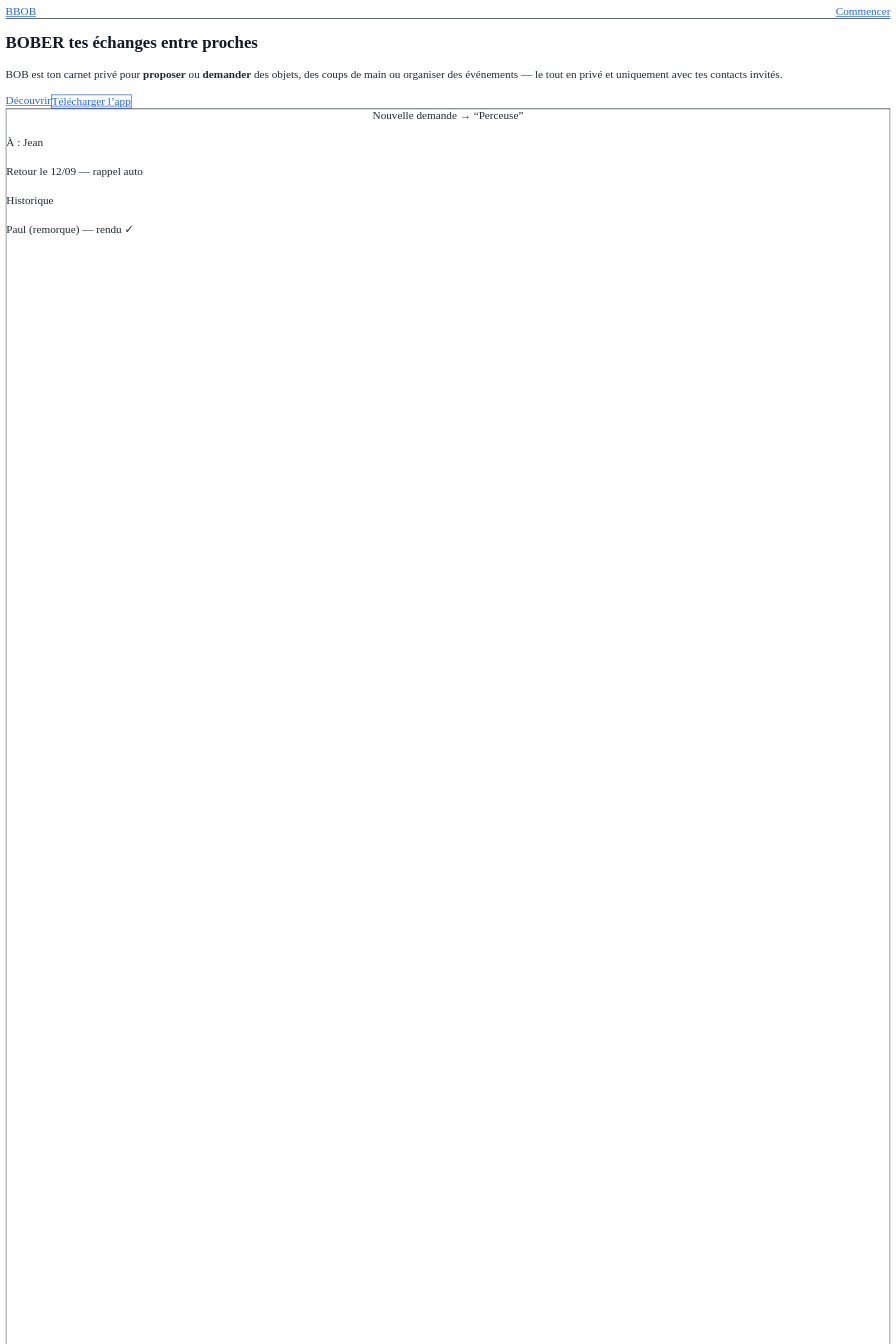
Repository: JeanCharlesMEILLAND/new-bob
Page: /
The author's editor kept a copy of each file at every save. The page is drawn from the files as they stood at one save, then again after the next save.
The browser window is 1280 px wide. The pictures show the part of the page from y = 0 to 1920 px (the page is 3439 px tall before and 1303 px after), at 70% of full size.
The project was rebuilt for these pictures with package versions that can differ from the ones it lists, and the page was loaded fresh each time. The framework's server and built-in components were replaced by stand-ins that run in the browser. Also part of the build but not shown: next.config.ts.

Above is the page before, as saved 2025-08-12 00:03:59.

After the next save:
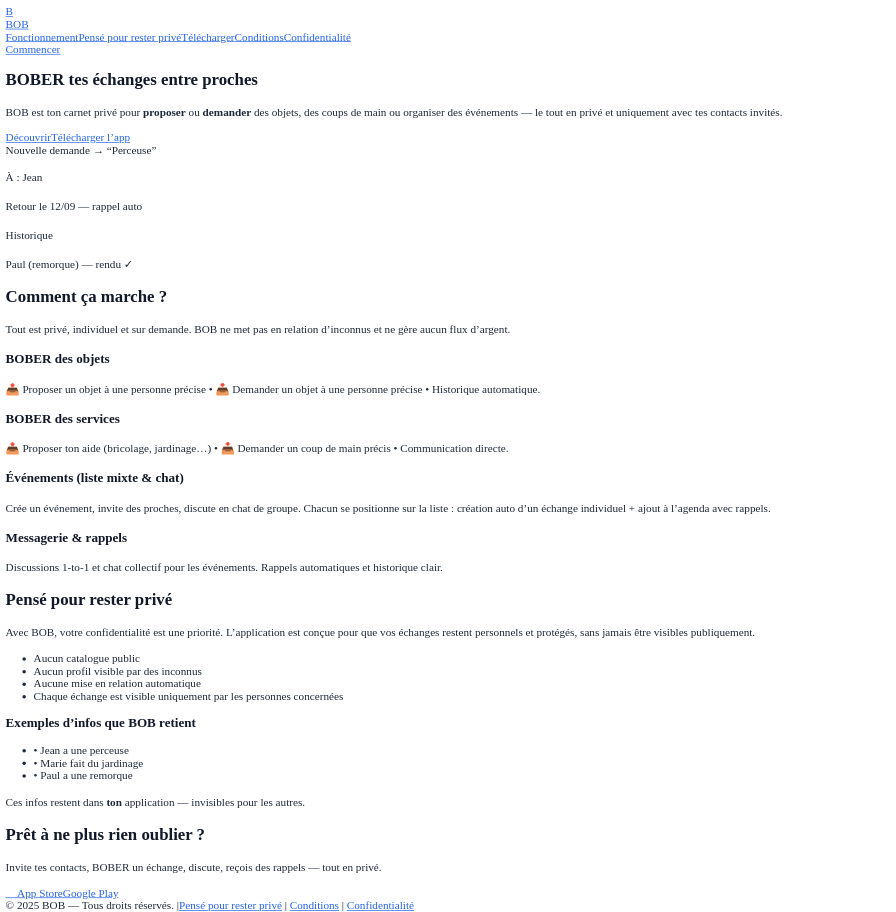
Saved 19 s later.
--- a/src/app/globals.css
+++ b/src/app/globals.css
@@ -1,6 +1,4 @@
-@tailwind base;
-@tailwind components;
-@tailwind utilities;
+/* Tailwind directives removed for plain CSS compatibility */
 
 /* Forcer un fond clair par défaut */
 html, body {

After the save that followed:
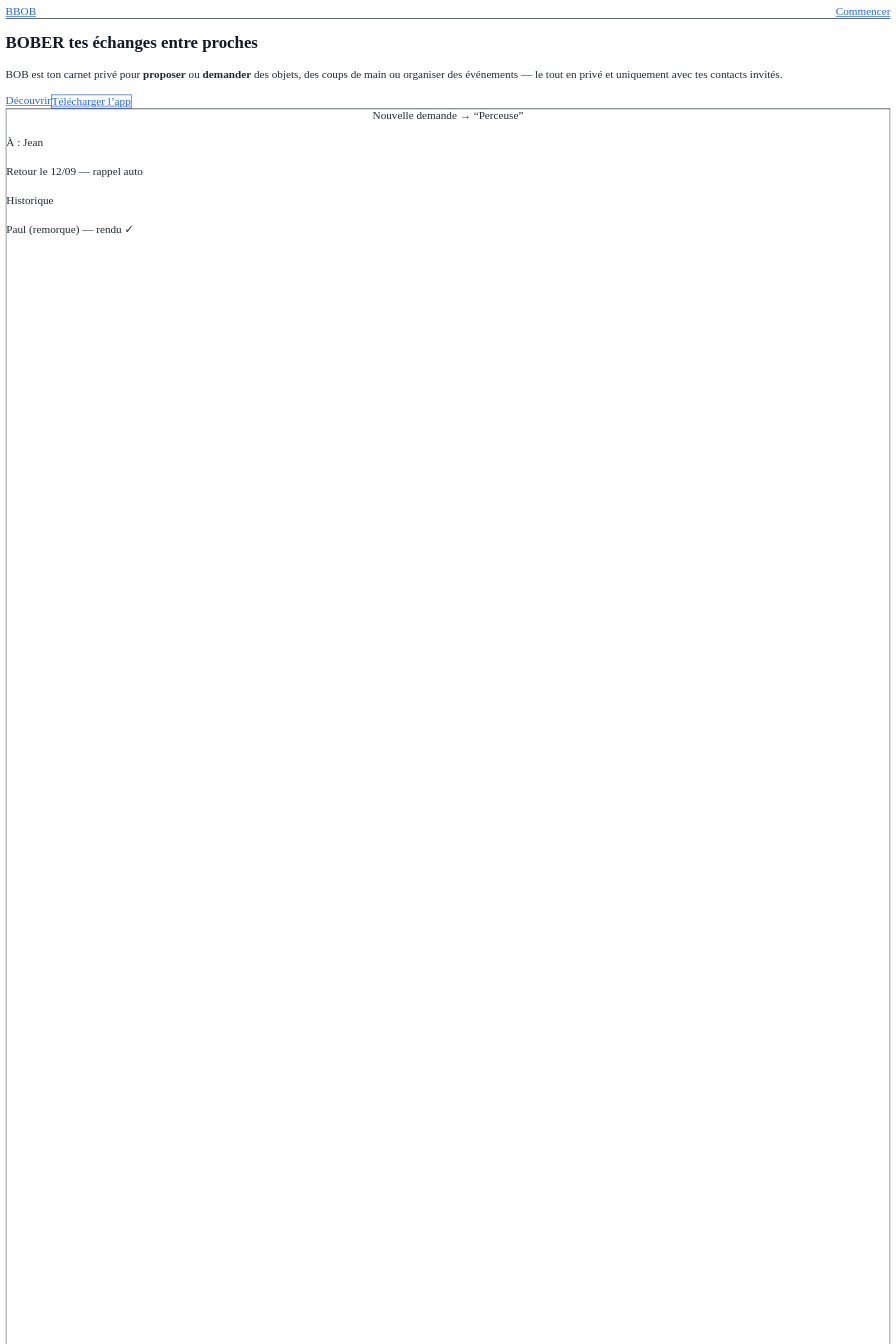
Saved 62 s later.
--- a/src/app/globals.css
+++ b/src/app/globals.css
@@ -1,4 +1,6 @@
-/* Tailwind directives removed for plain CSS compatibility */
+@tailwind base;
+@tailwind components;
+@tailwind utilities;
 
 /* Forcer un fond clair par défaut */
 html, body {
